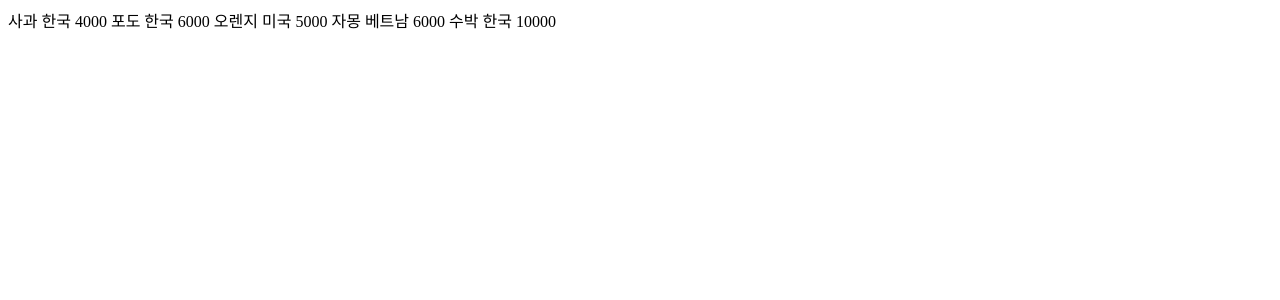
Repository: parkho96/testnum2
Page: http://localhost/jspstudy/11JSTL/XML.jsp
These files come from the project's save history. The page is drawn as it stood at one moment and after the next save; the edit follows.
The browser window is 1280 px wide. The pictures show the whole page.
The page is served by Tomcat 9. Other server files are loaded and not shown.

Above is the page before, as saved 2023-04-10 07:45:53.

### workjsp/jspstudy/src/main/webapp/11JSTL/XML.jsp
<%@ page language="java" contentType="text/html; charset=UTF-8"
    pageEncoding="UTF-8"%>
<%@ taglib prefix="c" uri="http://java.sun.com/jsp/jstl/core" %>
<%@ taglib prefix="x" uri="http://java.sun.com/jsp/jstl/xml" %>

<!DOCTYPE html>
<html>
<head>
<meta charset="UTF-8">
<title>JSTL XML</title>
</head>
<body>
	<c:import url="./include/FruitList.xml" var="fruitlist" charEncoding="UTF-8"/>
	${fruitlist}
	<x:parse xml="${fruitlist}" var="flist"/><br>
	<x:out select="$flist/fruitlist/fruit[0]/name"/><br>
	<x:out select="$flist/fruitlist/fruit[0]/from"/><br>
	<x:out select="$flist/fruitlist/fruit[0]/price"/><br>


</body>
</html>

### workjsp/jspstudy/src/main/webapp/11JSTL/include/FruitList.xml
<?xml version="1.0" encoding="UTF-8"?>
<fruitlist>
	<fruit>
		<name>사과</name>
		<from>한국</from>
		<price>4000</price>
	</fruit>
	<fruit>
		<name>포도</name>
		<from>한국</from>
		<price>6000</price>
	</fruit>
	<fruit>
		<name>오렌지</name>
		<from>미국</from>
		<price>5000</price>
	</fruit>
	<fruit>
		<name>자몽</name>
		<from>베트남</from>
		<price>6000</price>
	</fruit>
	<fruit>
		<name>수박</name>
		<from>한국</from>
		<price>10000</price>
	</fruit>
</fruitlist>

After the next save:
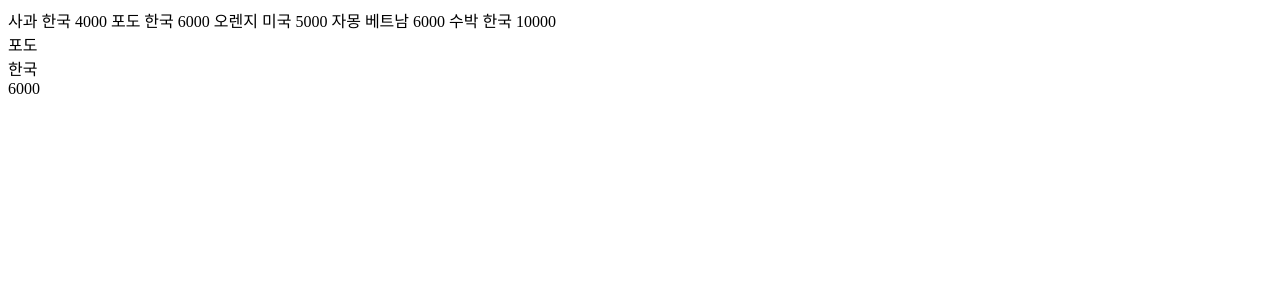
Saved 6 s later.
--- a/workjsp/jspstudy/src/main/webapp/11JSTL/XML.jsp
+++ b/workjsp/jspstudy/src/main/webapp/11JSTL/XML.jsp
@@ -13,9 +13,9 @@
 	<c:import url="./include/FruitList.xml" var="fruitlist" charEncoding="UTF-8"/>
 	${fruitlist}
 	<x:parse xml="${fruitlist}" var="flist"/><br>
-	<x:out select="$flist/fruitlist/fruit[0]/name"/><br>
-	<x:out select="$flist/fruitlist/fruit[0]/from"/><br>
-	<x:out select="$flist/fruitlist/fruit[0]/price"/><br>
+	<x:out select="$flist/fruitlist/fruit[2]/name"/><br>
+	<x:out select="$flist/fruitlist/fruit[2]/from"/><br>
+	<x:out select="$flist/fruitlist/fruit[2]/price"/><br>
 
 
 </body>
